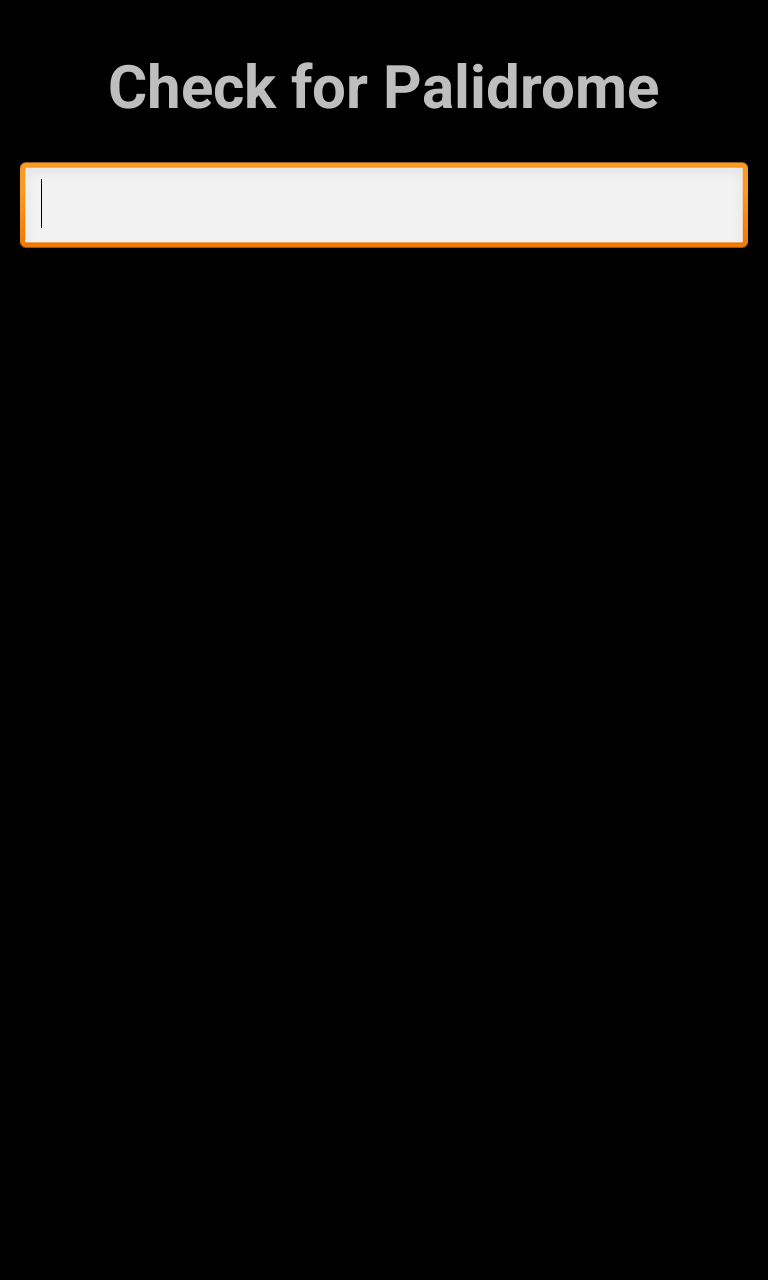
Repository: shinjikun/android-prjs-jenkins-sample
Layout: PalindromePrj/res/layout/main.xml
These files come from the project's save history. The layout is drawn as it stood at one moment and after the next save; the edit follows.
It is drawn on a 768 x 1280 px phone screen (xhdpi) without system bars, with theme android:Theme; the app's code is not run.

Above is the layout before, as saved 2012-09-23 03:12:07.

After the next save:
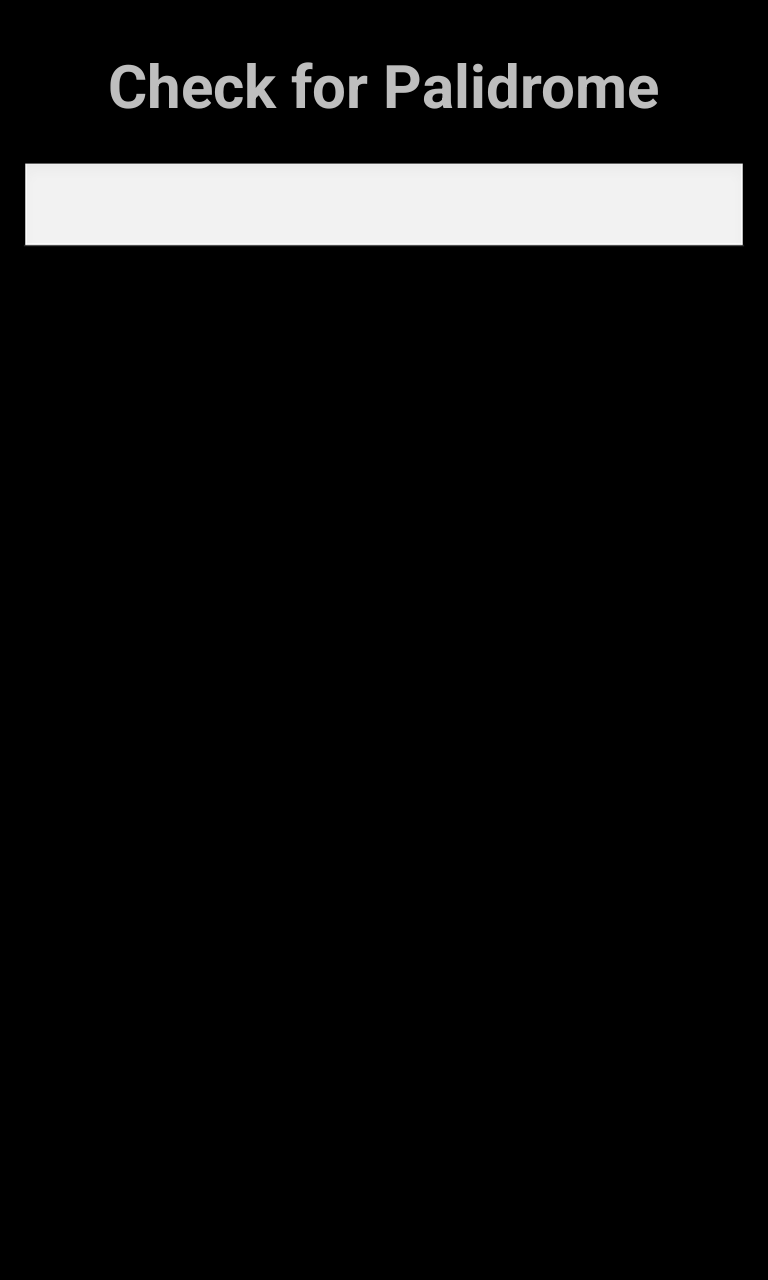
Saved 7 s later.
--- a/PalindromePrj/res/layout/main.xml
+++ b/PalindromePrj/res/layout/main.xml
@@ -26,7 +26,7 @@
         android:layout_marginLeft="10dp"
         android:layout_marginRight="10dp" >
 
-        <requestFocus />
+
     </EditText>
 
 </RelativeLayout>
